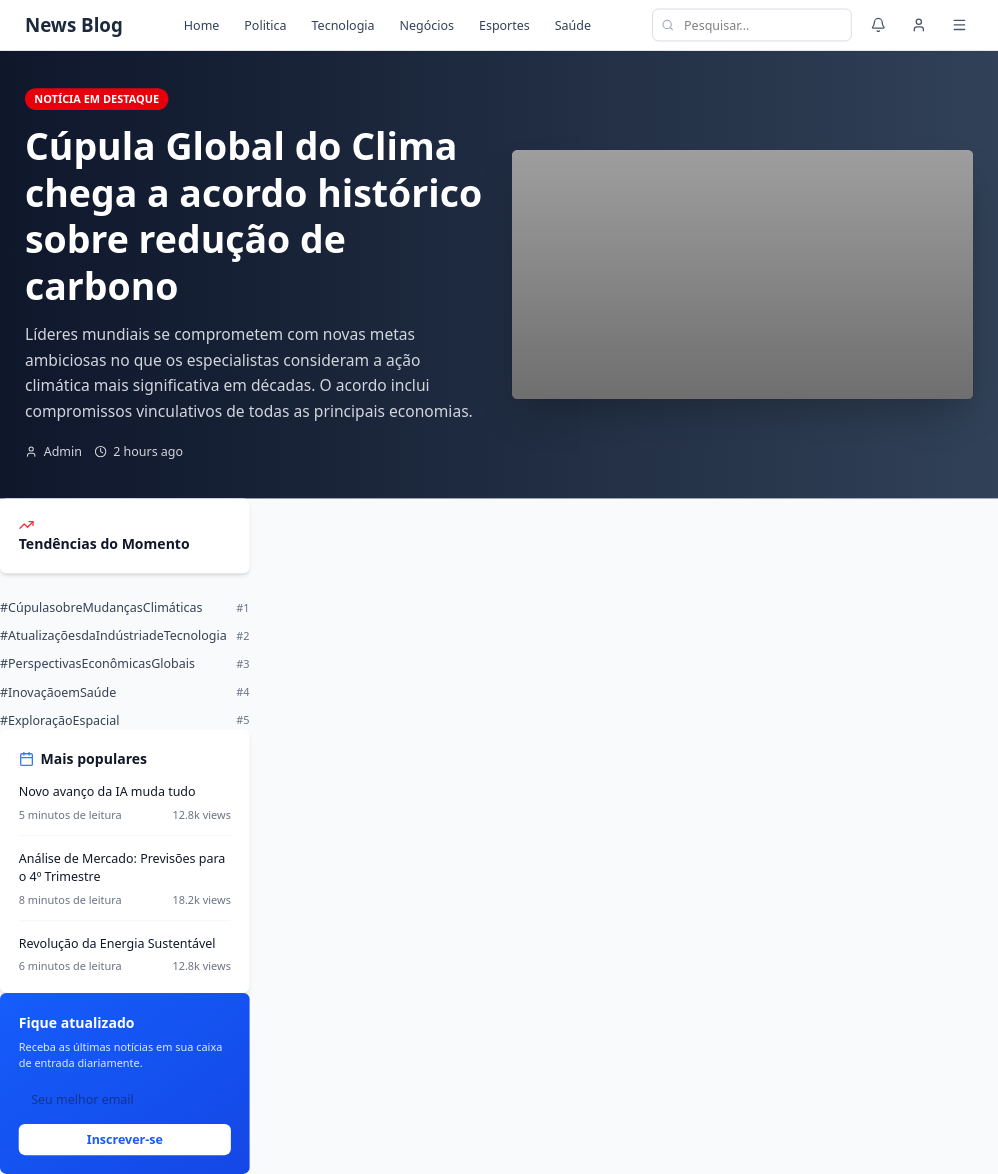
Repository: estevam02009/news-blog
Page: /
The author's editor kept a copy of each file at every save. The page is drawn from the files as they stood at one save, then again after the next save.
The browser window is 1280 px wide. The pictures show the whole page, at 78% of full size.
Pictures or frames that could not be fetched are drawn as grey boxes. The project was rebuilt for these pictures with package versions that can differ from the ones it lists, and the page was loaded fresh each time. Also part of the build but not shown: vite.config.ts.

Above is the page before, as saved 2025-08-08 19:04:49.

After the next save:
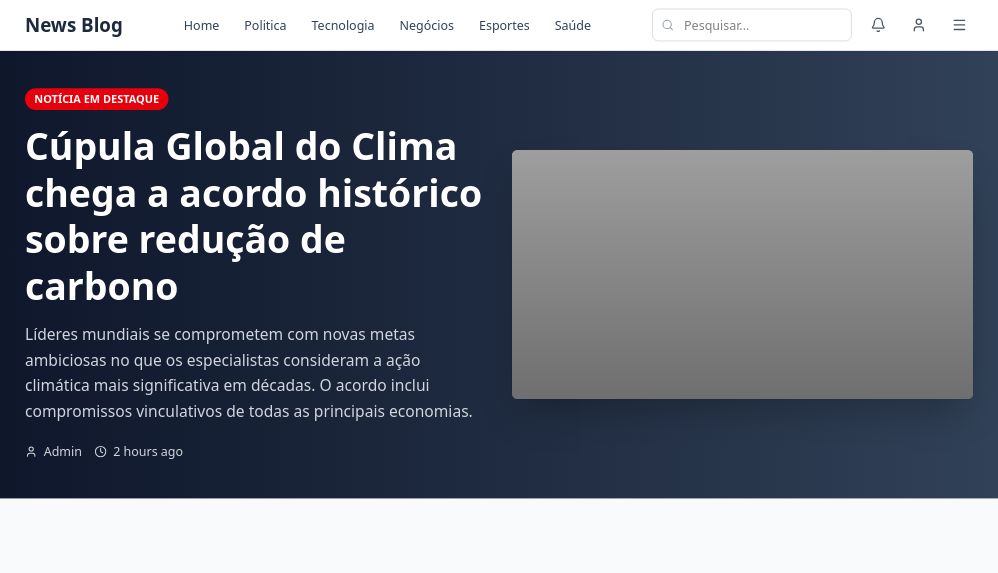
Saved 2 min 34 s later.
--- a/src/App.tsx
+++ b/src/App.tsx
@@ -9,7 +9,8 @@ function App() {
     <div className="min-h-screen bg-gray-50">
       <Header />
       <Hero />
-      <Sidebar />
+
+      <main className="max-w-7xl mx-auto px-4 sm:px-6 lg:px-8 py-12"></main>
     </div>
   )
 }
